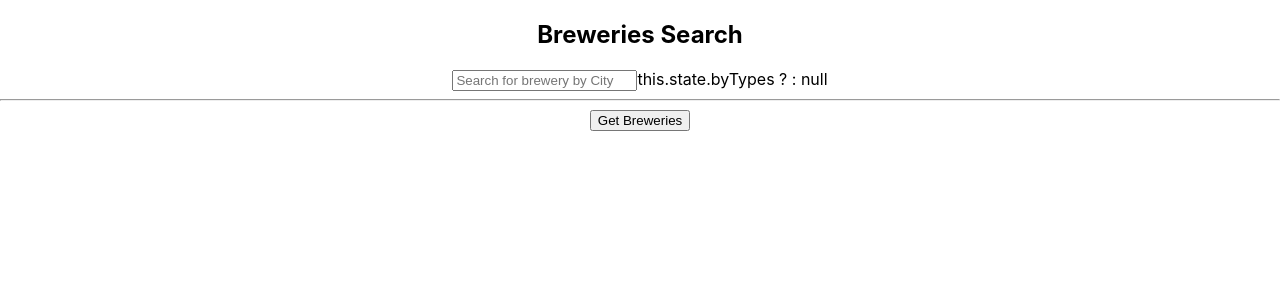
Repository: Babarindeolanrewaju2/react_breweries_app
Page: /
An editor plug-in stored every save of this project. The page is shown before and after a run of saves, followed by the edit.
The browser window is 1280 px wide. The pictures show the whole page.
The project was rebuilt for these pictures with package versions that can differ from the ones it lists, and the page was loaded fresh each time. Also part of the build but not shown: src/component/Breweries.js, src/component/ByCity.js, src/component/ByType.js.

Above is the page before, as saved 2020-03-30 10:54:38.

### src/App.js
import React, { Component } from 'react';
import { Breweries } from './component/Breweries';
import { ByCity } from './component/ByCity';
import { ByType } from './component/ByType';
import './App.css';

class App extends Component {
  constructor(props) {
    super(props);
    this.state = {
      query: '',
      breweries: [],
      byCitys: [],
      byTypes: [],
    }
  }

  breweries = () => {
    const BASE_URL = `https://api.openbrewerydb.org/breweries`;
    fetch(`${BASE_URL}`, {
      method: 'GET'
    })
      .then(response => response.json())
      .then(json => {
        console.log('breweries', json);
        this.setState({ breweries: json });
      })
  }

  getBreweryByCity = () => {
    const BASE_URL = `https://api.openbrewerydb.org/breweries?by_city=`;
    fetch(`${BASE_URL}${this.state.query}`, {
      method: 'GET'
    })
      .then(response => response.json())
      .then(json => {
        console.log('by_city', json);
        this.setState({ byCitys: json });
      })
  }

  getBreweryByType = (e, type) => {
    const BASE_URL = `https://api.openbrewerydb.org/breweries?by_type=`;
    fetch(`${BASE_URL}${type}`, {
      method: 'GET'
    })
      .then(response => response.json())
      .then(json => {
        console.log('by_city', json);
        this.setState({ byTypes: json });
      })
  }

  render() {
    return (
      <div className="App">
        <h2 className="title">Breweries Search</h2>
        <input
          type="text"
          placeholder="Search for brewery by City"
          onChange={event => { this.setState({ query: event.target.value }) }}
          onKeyPress={event => {
            if (event.key === "Enter") {
              this.getBreweryByCity()
            }
          }}
        />
        {this.state.byCitys.map(byCity => (<ByCity key={byCity.id} byCity={byCity} getBreweryByType={this.getBreweryByType} />))}
        this.state.byTypes ? {this.state.byTypes.map(byType => (<ByType key={byType.id} byType={byType} />))} : null

        <hr />

        <button
          type="text"
          onClick={event => { this.breweries() }}
        >Get Breweries
        </button>
        {this.state.breweries.map(brewery => (<Breweries key={brewery.id} brewery={brewery} />))}
      </div>
    )
  }
}

export default App;

Loaded but not shown: public/index.html (common file); src/index.js (common file); src/index.css (common file); src/serviceWorker.js (common file); src/App.css (common file)

After the next 2 saves:
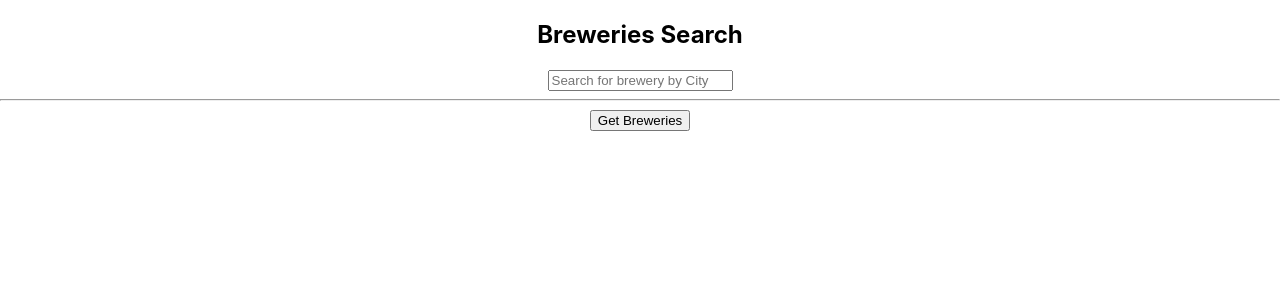
The 2 saves are shown as one change because 1 did not build or start.
The last was saved 32 s later.
--- a/src/App.js
+++ b/src/App.js
@@ -66,7 +66,7 @@ class App extends Component {
           }}
         />
         {this.state.byCitys.map(byCity => (<ByCity key={byCity.id} byCity={byCity} getBreweryByType={this.getBreweryByType} />))}
-        this.state.byTypes ? {this.state.byTypes.map(byType => (<ByType key={byType.id} byType={byType} />))} : null
+        {this.state.byTypes.map(byType => (<ByType key={byType.id} byType={byType} />))}
 
         <hr />
 
